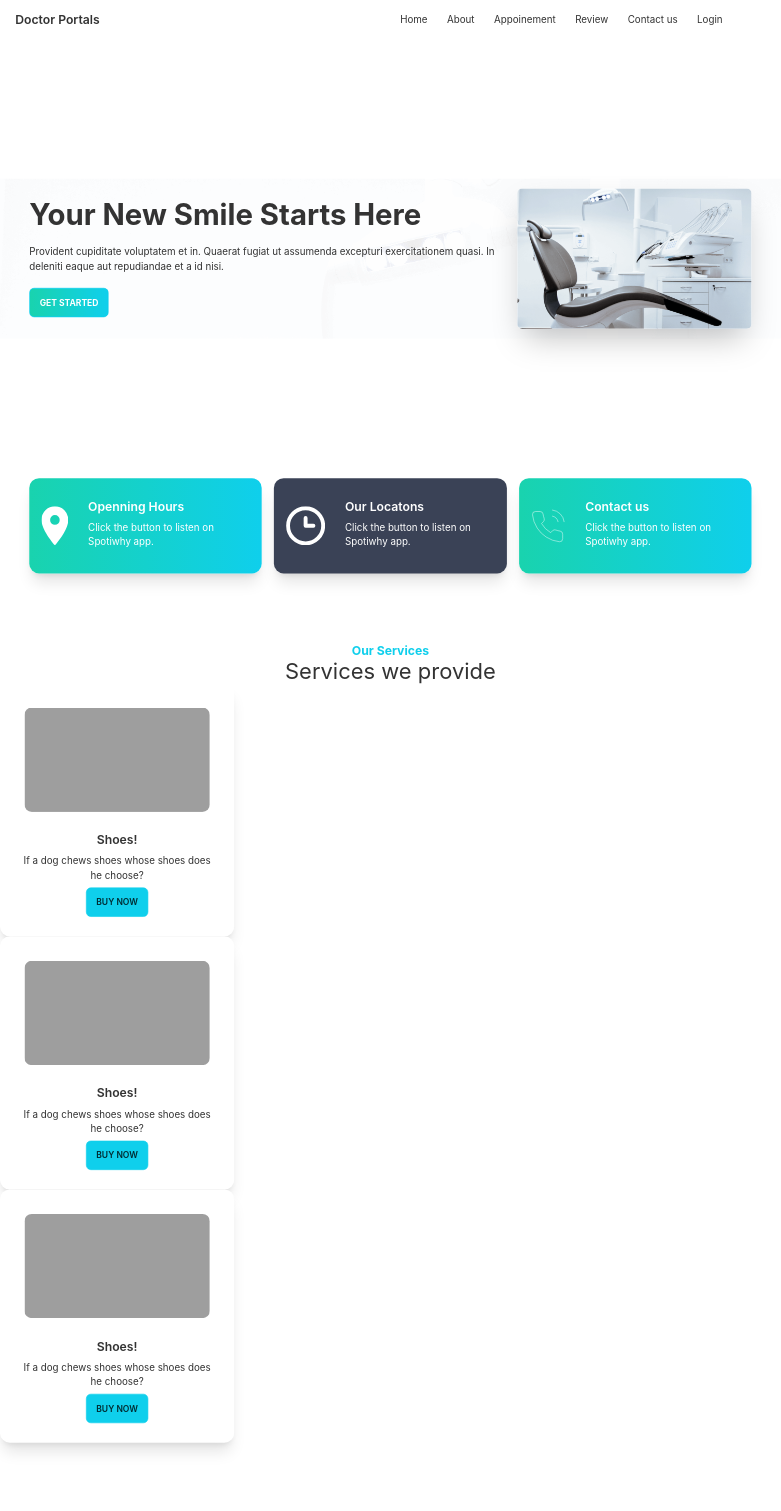
Repository: devsajid/doctors-portal-client
Page: /
These files come from the project's save history. The page is drawn as it stood at one moment and after a run of saves; the edit follows.
The browser window is 1280 px wide. The pictures show the whole page, at 61% of full size.
Pictures or frames that could not be fetched are drawn as grey boxes. Backgrounds fixed to the window are drawn as part of the page. The project was rebuilt for these pictures with package versions that can differ from the ones it lists, and the page was loaded fresh each time. Also part of the build but not shown: src/App.css, src/Pages/About/About.js, src/Pages/Appoinment/Appoinment.js, src/Pages/Contact/Contact.js, src/Pages/Login/Login.js, src/Pages/Review/Review.js.

Above is the page before, as saved 2022-08-05 21:52:29.

After the next 4 saves:
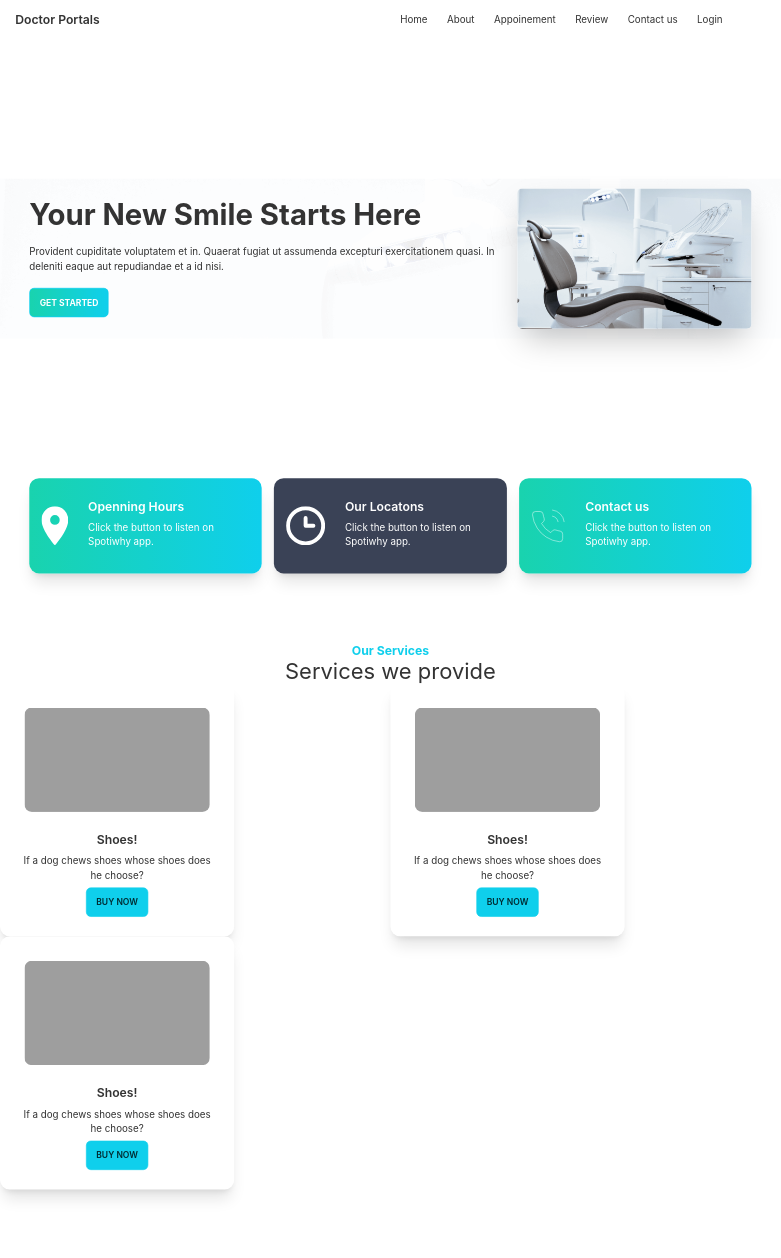
The 4 saves are shown as one change because they came seconds apart.
The last was saved 10 s later.
--- a/src/Pages/Services/Services.js
+++ b/src/Pages/Services/Services.js
@@ -32,7 +32,7 @@ const Services = () => {
         </h3>
         <h1 className="text-4xl">Services we provide</h1>
       </div>
-      <div className="grid sm:grid-cols-1 md:grid-c">
+      <div className="grid sm:grid-cols-1 md:grid-cols-2 ">
         {" "}
         {services.map((service) => (
           <Service key={service._id} service={service}></Service>
